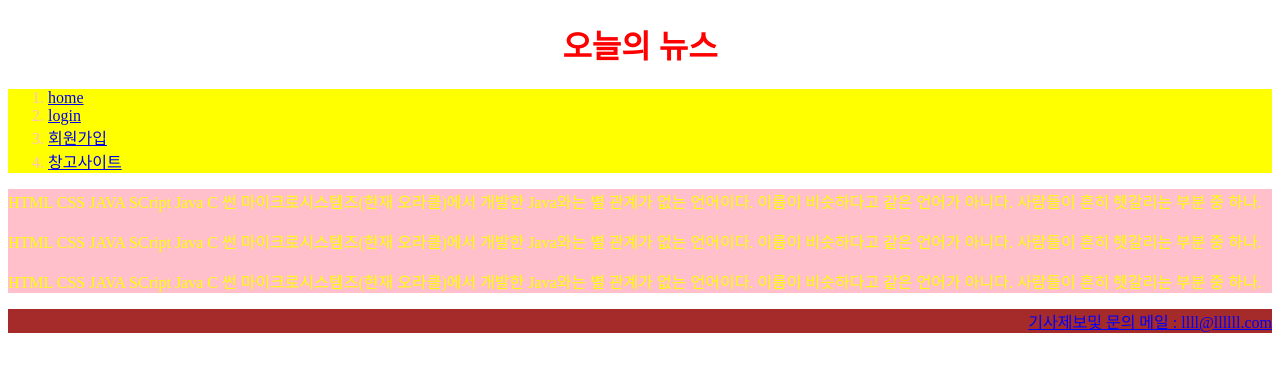
Repository: ssleap/multicampusIoT
Page: workspace190520/edu2/WebContent/test02.html
An editor plug-in stored every save of this project. The page is shown before and after the next save, followed by the edit.
The browser window is 1280 px wide. The pictures show the whole page.

Above is the page before, as saved 2019-05-22 06:45:35.

### workspace190520/edu2/WebContent/test02.html
<!DOCTYPE html>
<html>
<head>
<meta charset="UTF-8">
<meta name = "viewport" content ="width=device-width, initial-scale=1">
<title>Insert title here</title>
<style>

	#header{

		text-align: center;
		width :100%
		background: skyblue;
		color : red;

	}
	#footer{

		text-decoration: underline;
		text-align: right;
		color: blue;
		font:italic;
		background-color: brown;

	}

	#menu{

		color: pink;
		text-align: left;
		background-color: yellow;
	}

	#main{

		color : yellow;
		background-color: pink;

	}

</style>
</head>
<body>

	<div id = "header">

		<h1>오늘의 뉴스</h1>

	</div>

	<div id = "contents" >

		<div id = "menu">

			<ol>

				<li><a href = "#">home</a></li>
				<li><a href = "#">login</a></li>
				<li><a href = "#">회원가입</a></li>
				<li><a href = "#">창고사이트</a></li>

			</ol>

		</div>

		<div id = "main">

			<p>

				HTML CSS JAVA SCript Java C
				썬 마이크로시스템즈(현재 오라클)에서 개발한
				Java와는 별 관계가 없는 언어이다.
				이름이 비슷하다고 같은 언어가 아니다.
				사람들이 흔히 헷갈리는 부분 중 하나.

			</p>

			<p>

				HTML CSS JAVA SCript Java C
				썬 마이크로시스템즈(현재 오라클)에서 개발한
				Java와는 별 관계가 없는 언어이다.
				이름이 비슷하다고 같은 언어가 아니다.
				사람들이 흔히 헷갈리는 부분 중 하나.

			</p>

			<p>

				HTML CSS JAVA SCript Java C
				썬 마이크로시스템즈(현재 오라클)에서 개발한
				Java와는 별 관계가 없는 언어이다.
				이름이 비슷하다고 같은 언어가 아니다.
				사람들이 흔히 헷갈리는 부분 중 하나.

			</p>

		</div>

	</div>

	<div id = "footer">
		기사제보및 문의 메일 : llll@llllll.com
	</div>

</body>
</html>

After the next save:
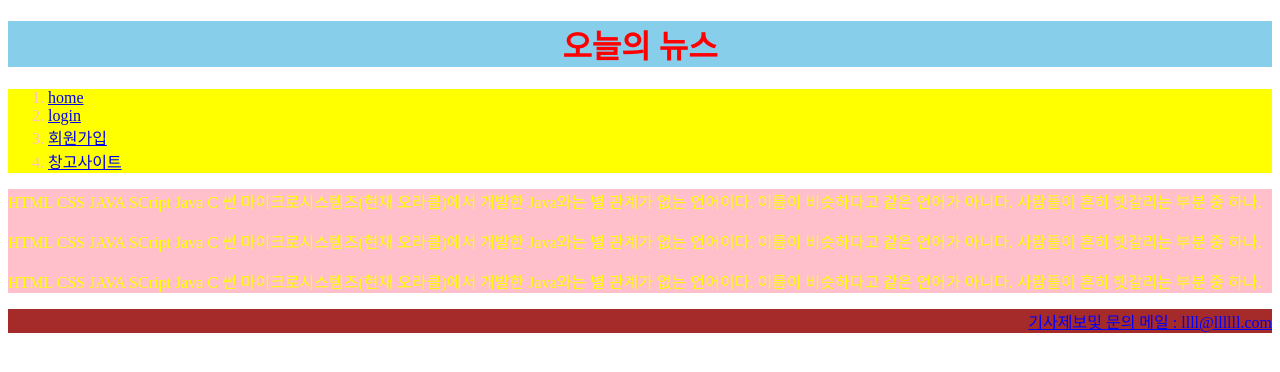
Saved 7 s later.
--- a/workspace190520/edu2/WebContent/test02.html
+++ b/workspace190520/edu2/WebContent/test02.html
@@ -9,7 +9,7 @@
 	#header{
 
 		text-align: center;
-		width :100%
+		width :100%;
 		background: skyblue;
 		color : red;
 
